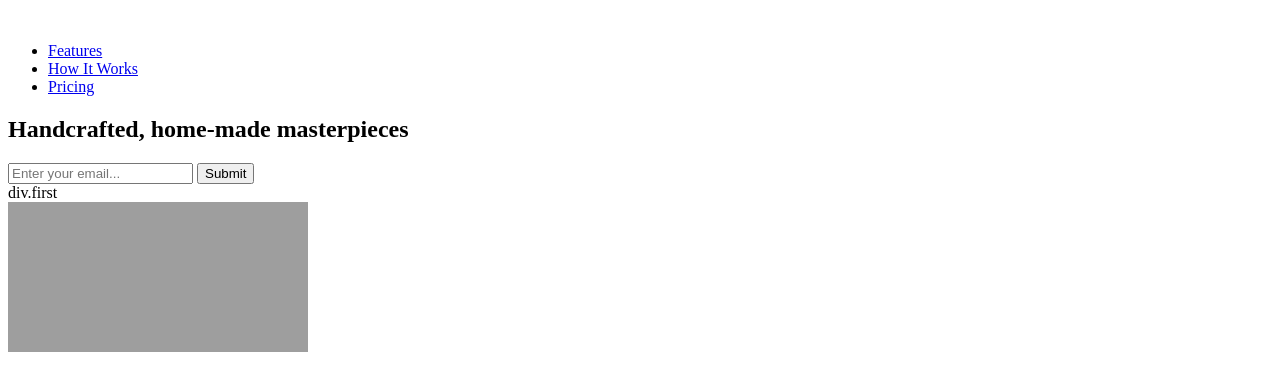
Repository: Lungdjos/product_landing_page_certification
Page: index.html
An editor plug-in stored every save of this project. The page is shown before and after a run of saves, followed by the edit.
The browser window is 1280 px wide. The pictures show the whole page.
Pictures or frames that could not be fetched are drawn as grey boxes.

Above is the page before, as saved 2023-12-17 23:38:47.

### index.html
<!DOCTYPE html>
<html lang="en">

<head>
    <meta charset="UTF-8">
    <meta name="viewport" content="width=device-width, initial-scale=1.0">
    <title>Product Landing Page</title>
    <link rel="stylesheet" href="./styles.css">
</head>

<body>
    <header id="header">
        <img src="" alt="" id="header-img">
        <nav id="nav-bar">
            <ul>
                <li>
                    <a href="#features" class="nav-link">Features</a>
                </li>
                <li>
                    <a href="#how-it-works" class="nav-link">How It Works</a>
                </li>
                <li>
                    <a href="#pricing" class="nav-link">Pricing</a>
                </li>
            </ul>
        </nav>
    </header>
    <main>
        <section id="home">
            <h2 id="title">Handcrafted, home-made masterpieces</h2>
            <form action="https://www.freecodecamp.com/email-submit" id="form">
                <input type="email" id="email" name="email" placeholder="Enter your email...">
                <input type="submit" id="submit">
            </form>
        </section>
        <section id="features">
            div.first
        </section>
        <section id="how-it-works">
            <iframe src="https://www.youtube.com/watch?v=Ngyygp2oSRk" title="miraclous healing" frameborder="0" id="video"></iframe>
        </section>
        <section id="pricing"></section>
    </main>
</body>

</html>

</html>

</html>

### styles.css
/* Page Stylings */

* {
    box-sizing: border-box;
}

After the next 3 saves:
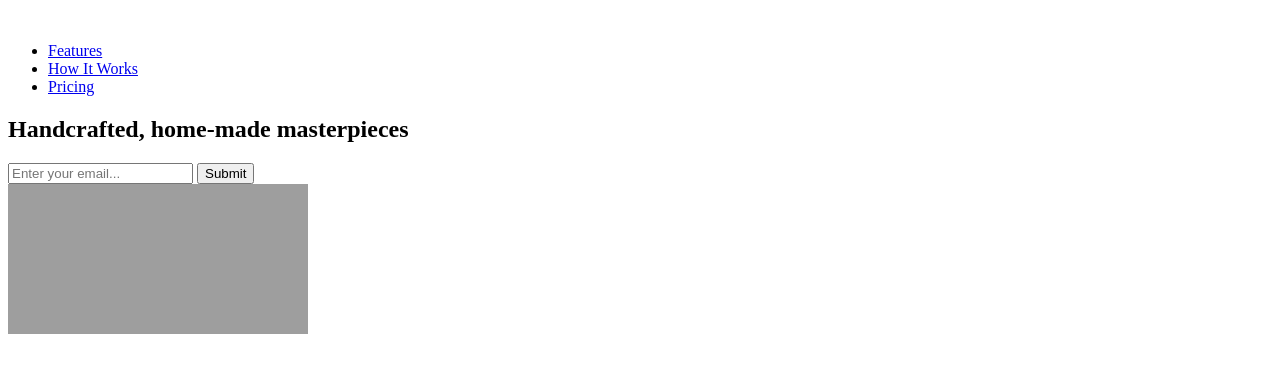
The 3 saves are shown as one change because they came seconds apart.
The last was saved 9 s later.
--- a/index.html
+++ b/index.html
@@ -34,7 +34,9 @@
             </form>
         </section>
         <section id="features">
-            div.first
+            <div class="first-feature"></div>
+            <div class="first-feature"></div>
+            <div class="first-feature"></div>
         </section>
         <section id="how-it-works">
             <iframe src="https://www.youtube.com/watch?v=Ngyygp2oSRk" title="miraclous healing" frameborder="0" id="video"></iframe>
